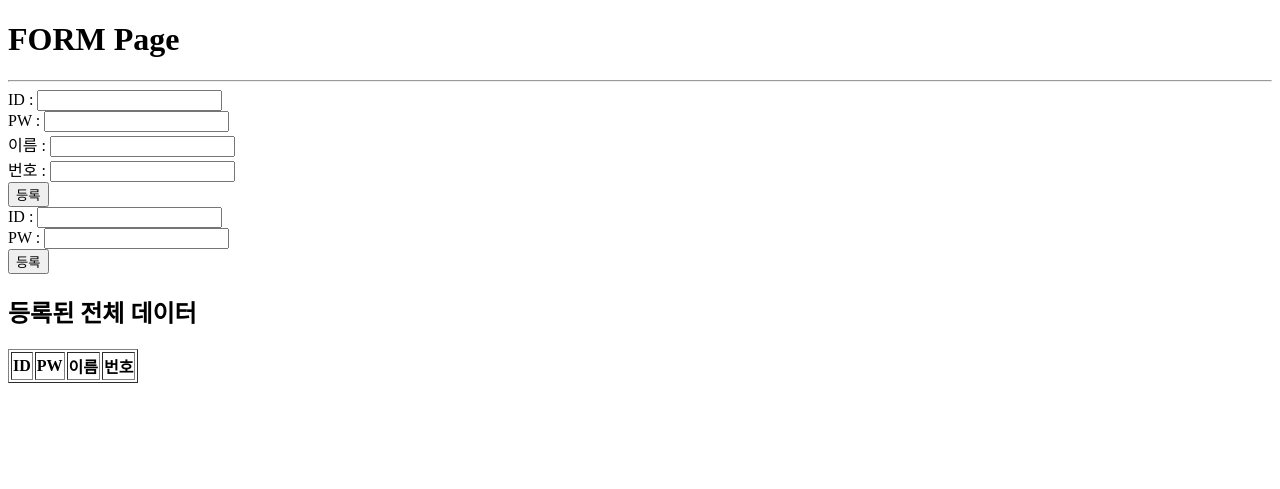
Repository: smallomg/bg-spring
Page: http://localhost/demo/WEB-INF/views/form.jsp
The author's editor kept a copy of each file at every save. The page is drawn from the files as they stood at one save, then again after the next save.
The browser window is 1280 px wide. The pictures show the whole page.
The page is served by Tomcat 10. Nobody is signed in. Other server files are loaded and not shown. The template is opened directly, without the code that normally fills it, so the values that code supplies are empty.

Above is the page before, as saved 2025-05-01 08:14:02.

### ldy_spring/demo/src/main/webapp/WEB-INF/views/form.jsp
<%@ page language="java" contentType="text/html; charset=UTF-8"
    pageEncoding="UTF-8"%>
    <%@ taglib uri="http://java.sun.com/jsp/jstl/core" prefix="c" %>
<!DOCTYPE html>
<html>
<head>
<meta charset="UTF-8">
<title>Form Page</title>
</head>
<body>
    <h1>FORM Page</h1>
    <hr>
    <form action="form" method="get">
        ID : <input type="text" name="id"><br>
        PW : <input type="password" name="pw"><br>
        이름 : <input type="text" name="name"><br>
        번호 : <input type="text" name="phone"><br>
        <input type="submit" value="등록">
    </form>

     <form action="p3" method="POST">
        ID : <input type="text" name="id"><br>
        PW : <input type="password" name="pw"><br>

        <input type="submit" value="등록">
    </form>

    <h2>등록된 전체 데이터</h2>
<table border="1">
    <tr>
        <th>ID</th>
        <th>PW</th>
        <th>이름</th>
        <th>번호</th>
    </tr>
    <c:forEach var="item" items="${list}">
        <tr>
            <td>${item.id}</td>
            <td>${item.pw}</td>
            <td>${item.name}</td>
            <td>${item.phone}</td>
        </tr>
    </c:forEach>
</table>
</body>
</html>

After the next save:
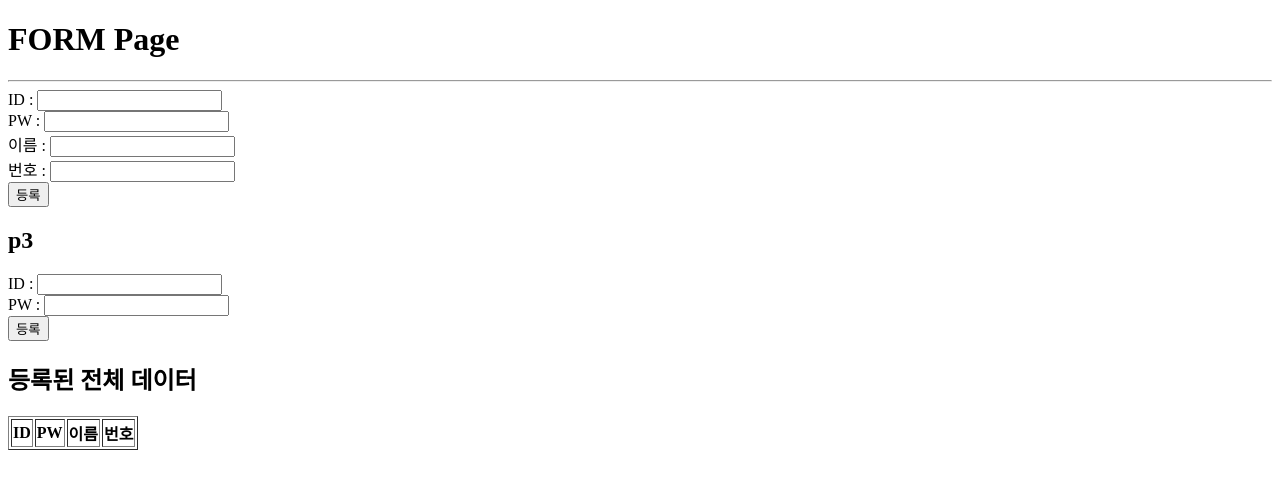
Saved 30 s later.
--- a/ldy_spring/demo/src/main/webapp/WEB-INF/views/form.jsp
+++ b/ldy_spring/demo/src/main/webapp/WEB-INF/views/form.jsp
@@ -18,6 +18,7 @@
         <input type="submit" value="등록">
     </form>
 
+    <h2>p3</h2>
      <form action="p3" method="POST">
         ID : <input type="text" name="id"><br>
         PW : <input type="password" name="pw"><br>
